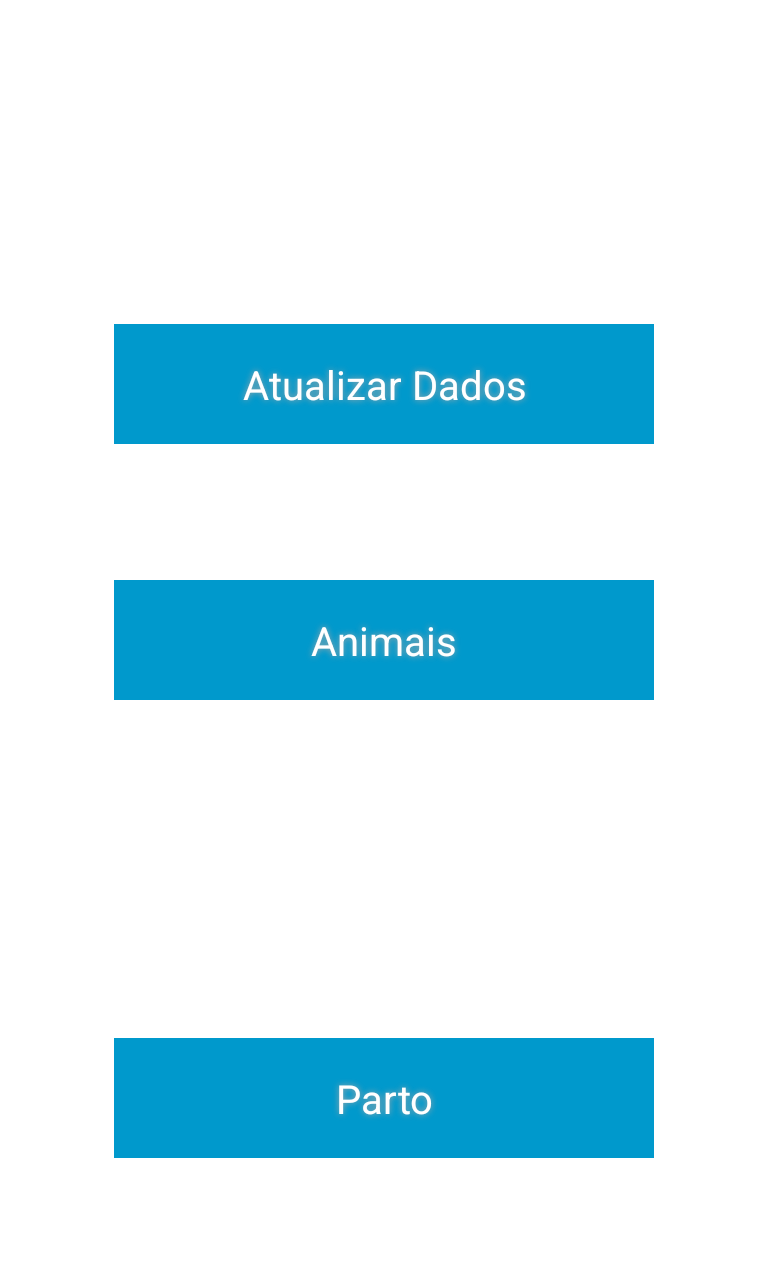
Repository: vpamaral/TaurusMobile
Layout: TaurusMobile/res/layout/activity_main.xml
These files come from the project's save history. The layout is drawn as it stood at one moment and after the next save; the edit follows.
It is drawn on a 768 x 1280 px phone screen (xhdpi) without system bars, with theme AppTheme; the app's code is not run.

Above is the layout before, as saved 2015-05-14 16:49:10.

### TaurusMobile/res/layout/activity_main.xml
<RelativeLayout xmlns:android="http://schemas.android.com/apk/res/android"
    xmlns:tools="http://schemas.android.com/tools"
    android:layout_width="match_parent"
    android:layout_height="match_parent"
    android:paddingBottom="@dimen/activity_vertical_margin"
    android:paddingLeft="@dimen/activity_horizontal_margin"
    android:paddingRight="@dimen/activity_horizontal_margin"
    android:paddingTop="@dimen/activity_vertical_margin"
    tools:context="br.com.taurusmobile.ui.MainActivity" >

    <Button
        android:id="@+id/btn_animal"
        android:layout_width="270dp"
        android:layout_height="60dp"
        android:layout_alignLeft="@+id/btn_atualiza"
        android:layout_centerHorizontal="true"
        android:layout_centerVertical="true"
        android:background="@drawable/btn_selector"
        android:shadowColor="#A8A8A8"
        android:shadowDx="0"
        android:shadowDy="0"
        android:shadowRadius="5"
        android:text="Animais"
        android:textColor="#FFFFFF"
        android:textSize="20sp" />

    <Button
        android:id="@+id/btn_atualiza"
        android:layout_width="270dp"
        android:layout_height="60dp"
        android:layout_above="@+id/btn_animal"
        android:layout_centerHorizontal="true"
        android:layout_marginBottom="68dp"
        android:background="@drawable/btn_selector"
        android:shadowColor="#A8A8A8"
        android:shadowDx="0"
        android:shadowDy="0"
        android:shadowRadius="5"
        android:text="Atualizar Dados"
        android:textColor="#FFFFFF"
        android:textSize="20sp" />

    <Button
        android:id="@+id/btn_parto"
        android:layout_width="270dp"
        android:layout_height="60dp"
        android:layout_alignLeft="@+id/btn_animal"
        android:layout_alignParentBottom="true"
        android:layout_marginBottom="45dp"
        android:background="@drawable/btn_selector"
        android:shadowColor="#A8A8A8"
        android:shadowDx="0"
        android:shadowDy="0"
        android:shadowRadius="5"
        android:text="Parto"
        android:textColor="#FFFFFF"
        android:textSize="20sp" />

</RelativeLayout>

### TaurusMobile/res/drawable/btn_selector.xml
<?xml version="1.0" encoding="utf-8"?>
<selector xmlns:android="http://schemas.android.com/apk/res/android" android:shape="rectangle">
    <item android:drawable="@android:color/holo_blue_light" android:state_pressed="true"/>
     <item android:drawable="@android:color/holo_blue_dark"/>
</selector>

Loaded but not shown: TaurusMobile/res/values/styles.xml (common file); TaurusMobile/res/values-v11/styles.xml (common file); TaurusMobile/res/values-v14/styles.xml (common file); TaurusMobile/res/values/dimens.xml (common file); TaurusMobile/res/values-w820dp/dimens.xml (common file)

After the next save:
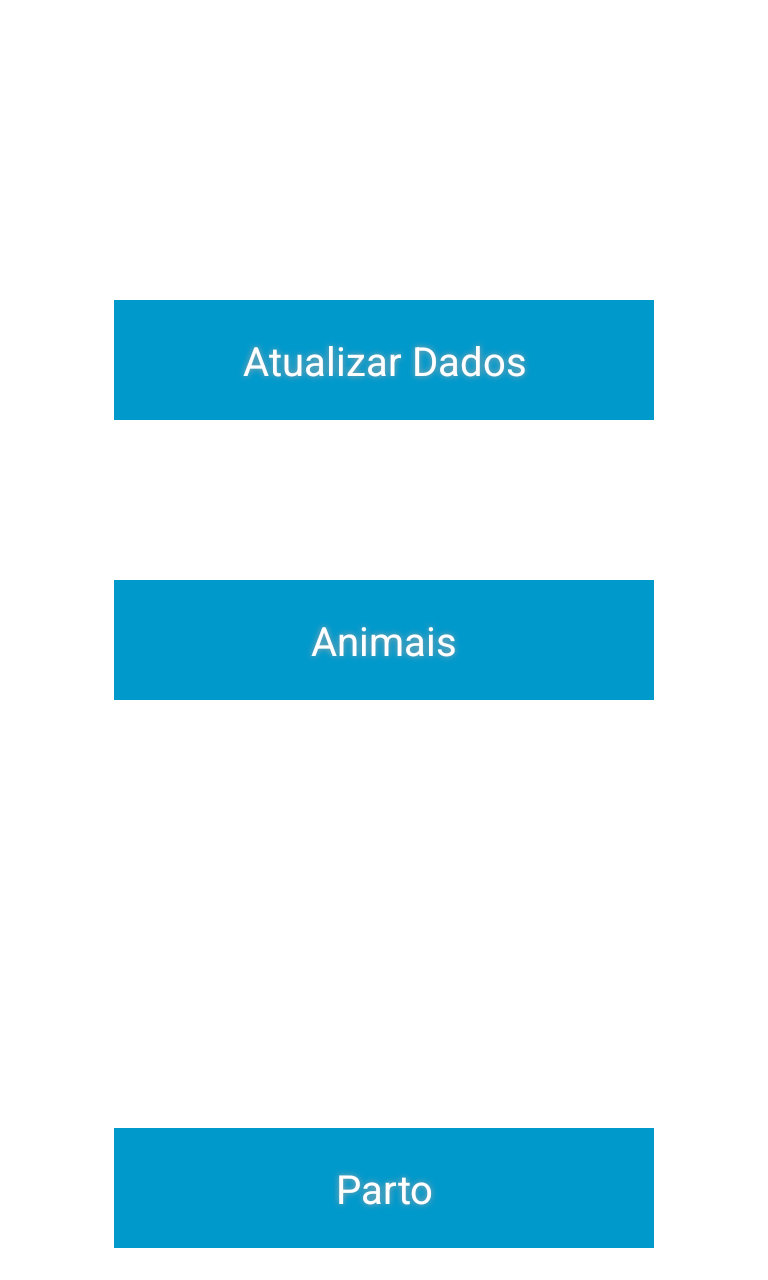
Saved 3 min 29 s later.
--- a/TaurusMobile/res/layout/activity_main.xml
+++ b/TaurusMobile/res/layout/activity_main.xml
@@ -16,6 +16,7 @@
         android:layout_centerHorizontal="true"
         android:layout_centerVertical="true"
         android:background="@drawable/btn_selector"
+        android:layout_marginTop="80"
         android:shadowColor="#A8A8A8"
         android:shadowDx="0"
         android:shadowDy="0"
@@ -30,8 +31,8 @@
         android:layout_height="60dp"
         android:layout_above="@+id/btn_animal"
         android:layout_centerHorizontal="true"
-        android:layout_marginBottom="68dp"
         android:background="@drawable/btn_selector"
+         android:layout_marginTop="80"
         android:shadowColor="#A8A8A8"
         android:shadowDx="0"
         android:shadowDy="0"
@@ -45,8 +46,8 @@
         android:layout_width="270dp"
         android:layout_height="60dp"
         android:layout_alignLeft="@+id/btn_animal"
+         android:layout_marginTop="80"
         android:layout_alignParentBottom="true"
-        android:layout_marginBottom="45dp"
         android:background="@drawable/btn_selector"
         android:shadowColor="#A8A8A8"
         android:shadowDx="0"

After the save that followed:
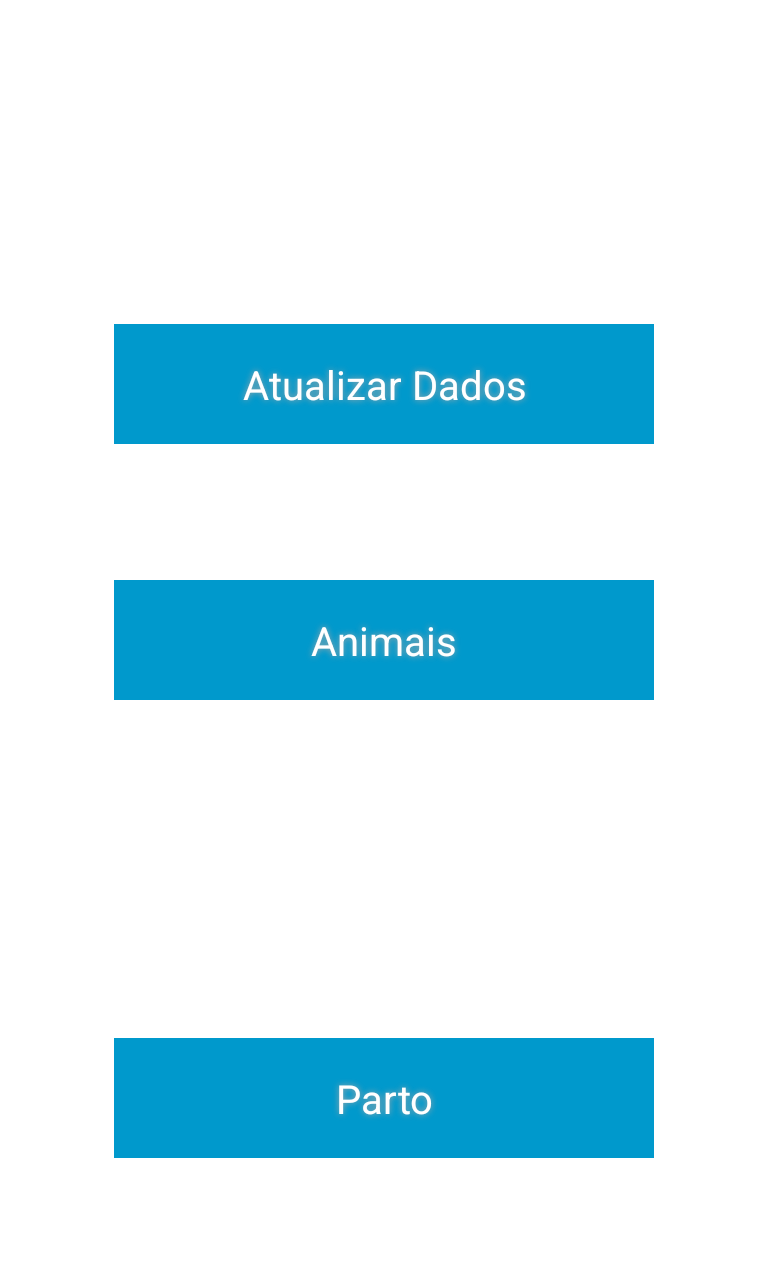
Saved 12 s later.
--- a/TaurusMobile/res/layout/activity_main.xml
+++ b/TaurusMobile/res/layout/activity_main.xml
@@ -16,7 +16,6 @@
         android:layout_centerHorizontal="true"
         android:layout_centerVertical="true"
         android:background="@drawable/btn_selector"
-        android:layout_marginTop="80"
         android:shadowColor="#A8A8A8"
         android:shadowDx="0"
         android:shadowDy="0"
@@ -31,8 +30,8 @@
         android:layout_height="60dp"
         android:layout_above="@+id/btn_animal"
         android:layout_centerHorizontal="true"
+        android:layout_marginBottom="68dp"
         android:background="@drawable/btn_selector"
-         android:layout_marginTop="80"
         android:shadowColor="#A8A8A8"
         android:shadowDx="0"
         android:shadowDy="0"
@@ -46,8 +45,8 @@
         android:layout_width="270dp"
         android:layout_height="60dp"
         android:layout_alignLeft="@+id/btn_animal"
-         android:layout_marginTop="80"
         android:layout_alignParentBottom="true"
+        android:layout_marginBottom="45dp"
         android:background="@drawable/btn_selector"
         android:shadowColor="#A8A8A8"
         android:shadowDx="0"
